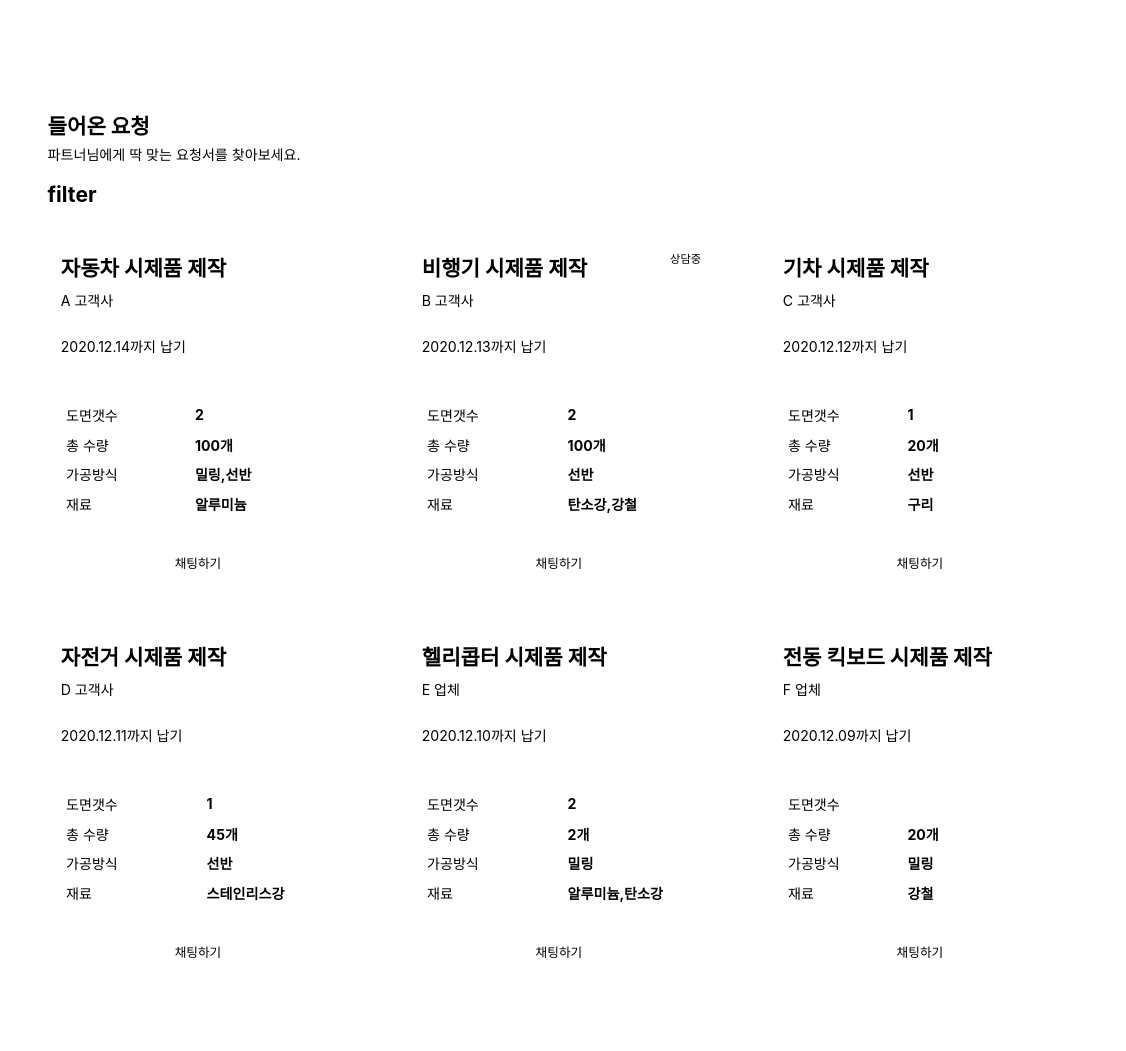
Repository: seoulsaram/capa
Page: /
An editor plug-in stored every save of this project. The page is shown before and after the next save, followed by the edit.
The browser window is 1280 px wide. The pictures show the whole page, at 88% of full size.
The project was rebuilt for these pictures with package versions that can differ from the ones it lists, and the page was loaded fresh each time. Requests to the local data server were answered from the project's data file. Also part of the build but not shown: src/App.css, src/components/filter/filter.module.css.

Above is the page before, as saved 2021-03-06 01:25:57.

### public/index.html
<!DOCTYPE html>
<html lang="en">
  <head>
    <meta charset="utf-8" />
    <link rel="icon" href="%PUBLIC_URL%/favicon.ico" />
    <meta name="viewport" content="width=device-width, initial-scale=1" />
    <meta name="theme-color" content="#000000" />
    <meta name="description" content="Web site created using create-react-app" />

    <title>React App</title>
  </head>
  <body>
    <noscript>You need to enable JavaScript to run this app.</noscript>
    <div id="root"></div>
  </body>
</html>

### src/index.js
import React from "react";
import ReactDOM from "react-dom";
import "./index.css";
import App from "./app";
import RequestInfo from "./service/request_info";

const requestInfo = new RequestInfo();

ReactDOM.render(
  <React.StrictMode>
    <App requestInfo={requestInfo} />
  </React.StrictMode>,
  document.getElementById("root")
);

### src/App.js
import "./app.css";
import Header from "./components/header/header";
import ItemContainer from "./components/item_container/item_container";
import RequestBox from "./components/request_box/request_box";

function App({ requestInfo }) {
  return (
    <div>
      <Header />
      <ItemContainer requestInfo={requestInfo} />
    </div>
  );
}

export default App;

### src/service/request_info.js
class RequestInfo {
  constructor() {
    this.getrequestOptions = {
      method: "GET",
    };
  }

  async getInfo() {
    const response = await fetch("http://localhost:3002/requests", this.getrequestOptions);
    const res = await response.json();
    return res;
  }
}

export default RequestInfo;

### src/components/header/header.js
import React, { memo } from "react";
import styles from "./header.module.css";

const Header = (props) => (
  <div className={styles.header}>
    <div className={styles.headerLeft}>
      <p>CAPA</p>
      <p>파트너스</p>
    </div>
    <div className={styles.headerRight}>
      <p>A가공업체</p>
      <div className={styles.line}></div>
      <p>로그아웃</p>
    </div>
  </div>
);

export default Header;

### src/components/item_container/item_container.js
import React, { useEffect, useState } from "react";
import Filter from "../filter/filter";
import RequestBox from "../request_box/request_box";
import styles from "./item_container.module.css";

const ItemContainer = ({ requestInfo }) => {
  const [reqInfo, setReqInfo] = useState([]);

  useEffect(() => {
    requestInfo.getInfo().then((info) => setReqInfo(info));
  }, [requestInfo]);

  return (
    <section className={styles.section}>
      <h2 className={styles.title}>들어온 요청</h2>
      <p className={styles.desc}>파트너님에게 딱 맞는 요청서를 찾아보세요.</p>
      <Filter reqInfo={reqInfo} />
      <RequestBox reqInfo={reqInfo} />
    </section>
  );
};

export default ItemContainer;

### src/components/request_box/request_box.jsx
import React from "react";
import styles from "./request_box.module.css";

const RequestBox = ({ reqInfo }) => {
  return (
    <ul className={styles.cards}>
      {reqInfo.map((info) => (
        <div key={info.id} className={styles.card}>
          <div className={styles.top}>
            <div className={styles.titleContainer}>
              <h2>{info.title}</h2>
              {info.status === "상담중" && <div className={styles.status}>{info.status}</div>}
            </div>
            <p className={styles.client}>{info.client}</p>
            <p className={styles.due}>{info.due}까지 납기</p>
          </div>
          <div className={styles.line}></div>
          {/* 테이블 로만들기 */}
          <table className={styles.bottom}>
            <tbody className={styles.order}>
              <tr>
                <td className={styles.orderTitle}>도면갯수</td>
                <td className={styles.orderBold}>{info.count}</td>
              </tr>
              <tr>
                <td className={styles.orderTitle}>총 수량</td>
                <td className={styles.orderBold}>{info.amount}개</td>
              </tr>
              <tr>
                <td className={styles.orderTitle}>가공방식</td>
                <td className={styles.orderBold}>{info.method.join(",")}</td>
              </tr>
              <tr>
                <td className={styles.orderTitle}>재료</td>
                <td className={styles.orderBold}>{info.material.join(",")}</td>
              </tr>
            </tbody>
          </table>
          <div className={styles.btnContainer}>
            <button className={styles.reqBtn}>요청 내역 보기</button>
            <button className={styles.chatBtn}>채팅하기</button>
          </div>
        </div>
      ))}
    </ul>
  );
};

export default RequestBox;

// {
//     "id": 1,
//     "title": "자동차 시제품 제작",
//     "client": "A 고객사",
//     "due": "2020.12.14",
//     "count": 2,
//     "amount": 100,
//     "method": ["밀링", "선반"],
//     "material": ["알루미늄"],
//     "status": "대기중"
//   },

### src/components/header/header.module.css
@value MakeBlue from '../../common/color.css';

.header {
  display: flex;
  justify-content: space-between;
  padding: 5px 20px;
  background-color: MakeBlue;
  color: white;
}

.headerLeft {
  display: flex;
  align-items: center;
}

.headerRight {
  display: flex;
  align-items: center;
}

.line {
  width: 2px;
  height: 50%;
  background-color: white;
  margin: 0px 14px;
}

### src/components/filter/filter.js
import React from "react";
import styles from "./filter.module.css";

const Filter = ({ requestInfo }) => <h1>filter</h1>;

export default Filter;

### src/components/item_container/item_container.module.css
@value MakeBlue,MakeBlack,MakeLightBlue,MakeGrey,MakeLightGrey,MakeYellow from '../../common/color.css';
.section {
  padding: 54px;
  color: MakeBlack;
}

.title,
.desc {
  margin: 4px 0px;
}

### src/components/request_box/request_box.module.css
@value MakeBlue,MakeBlack,MakeLightBlue,MakeGrey,MakeLightGrey,MakeYellow from '../../common/color.css';

* {
  box-sizing: border-box;
}
.cards {
  display: flex;
  justify-content: space-between;
  flex-wrap: wrap;
}

ul {
  margin: 0;
  padding: 0;
}

.card {
  width: 30%;
  border: 1px solid MakeLightGrey;
  border-radius: 3px;
  padding: 10px 15px;
  margin-bottom: 15px;
}

.card:hover {
  border: 1px solid MakeLightBlue;
}

.titleContainer {
  display: flex;
  align-items: center;
  justify-content: space-between;
}

.titleContainer > h2 {
  margin-bottom: 0px;
}

.client {
  margin: 8px 0px;
}
.due {
  color: MakeGrey;
  margin-top: 28px;
}

.status {
  border: 1px solid MakeYellow;
  border-radius: 45px;
  padding: 4px;
  font-size: 0.8rem;
  color: MakeYellow;
}

.line {
  width: 98%;
  height: 2px;
  margin: auto;
  background-color: MakeLightGrey;
}
.bottom {
  margin-top: 30px;
  margin-bottom: 15px;
}

td {
  width: 25%;
  padding: 4px;
}

.orderBold {
  font-weight: 700;
}

.reqBtn,
.chatBtn {
  margin: 15px 4px;
  padding: 8px 10px;
  background-color: transparent;
  border: none;
  border-radius: 0.2rem;
  outline: none;
  font-size: 0.9rem;
  cursor: pointer;
}

.reqBtn {
  color: white;
  background-color: MakeLightBlue;
}

.chatBtn {
  border: 1px solid MakeLightBlue;
  color: MakeLightBlue;
}

### db.json
{
  "requests": [
    {
      "id": 1,
      "title": "자동차 시제품 제작",
      "client": "A 고객사",
      "due": "2020.12.14",
      "count": 2,
      "amount": 100,
      "method": ["밀링", "선반"],
      "material": ["알루미늄"],
      "status": "대기중"
    },
    {
      "id": 2,
      "title": "비행기 시제품 제작",
      "client": "B 고객사",
      "due": "2020.12.13",
      "count": 2,
      "amount": 100,
      "method": ["선반"],
      "material": ["탄소강", "강철"],
      "status": "상담중"
    },
    {
      "id": 3,
      "title": "기차 시제품 제작",
      "client": "C 고객사",
      "due": "2020.12.12",
      "count": 1,
      "amount": 20,
      "method": ["선반"],
      "material": ["구리"],
      "status": "대기중"
    },
    {
      "id": 4,
      "title": "자전거 시제품 제작",
      "client": "D 고객사",
      "due": "2020.12.11",
      "count": 1,
      "amount": 45,
      "method": ["선반"],
      "material": ["스테인리스강"],
      "status": "대기중"
    },
    {
      "id": 5,
      "title": "헬리콥터 시제품 제작",
      "client": "E 업체",
      "due": "2020.12.10",
      "count": 2,
      "amount": 2,
      "method": ["밀링"],
      "material": ["알루미늄", "탄소강"],
      "status": "대기중"
    },
    {
      "id": 6,
      "title": "전동 킥보드 시제품 제작",
      "client": "F 업체",
      "due": "2020.12.09",
      "docs": 1,
      "amount": 20,
      "method": ["밀링"],
      "material": ["강철"],
      "status": "대기중"
    }
  ]
}

Loaded but not shown: src/index.css (common file)

After the next save:
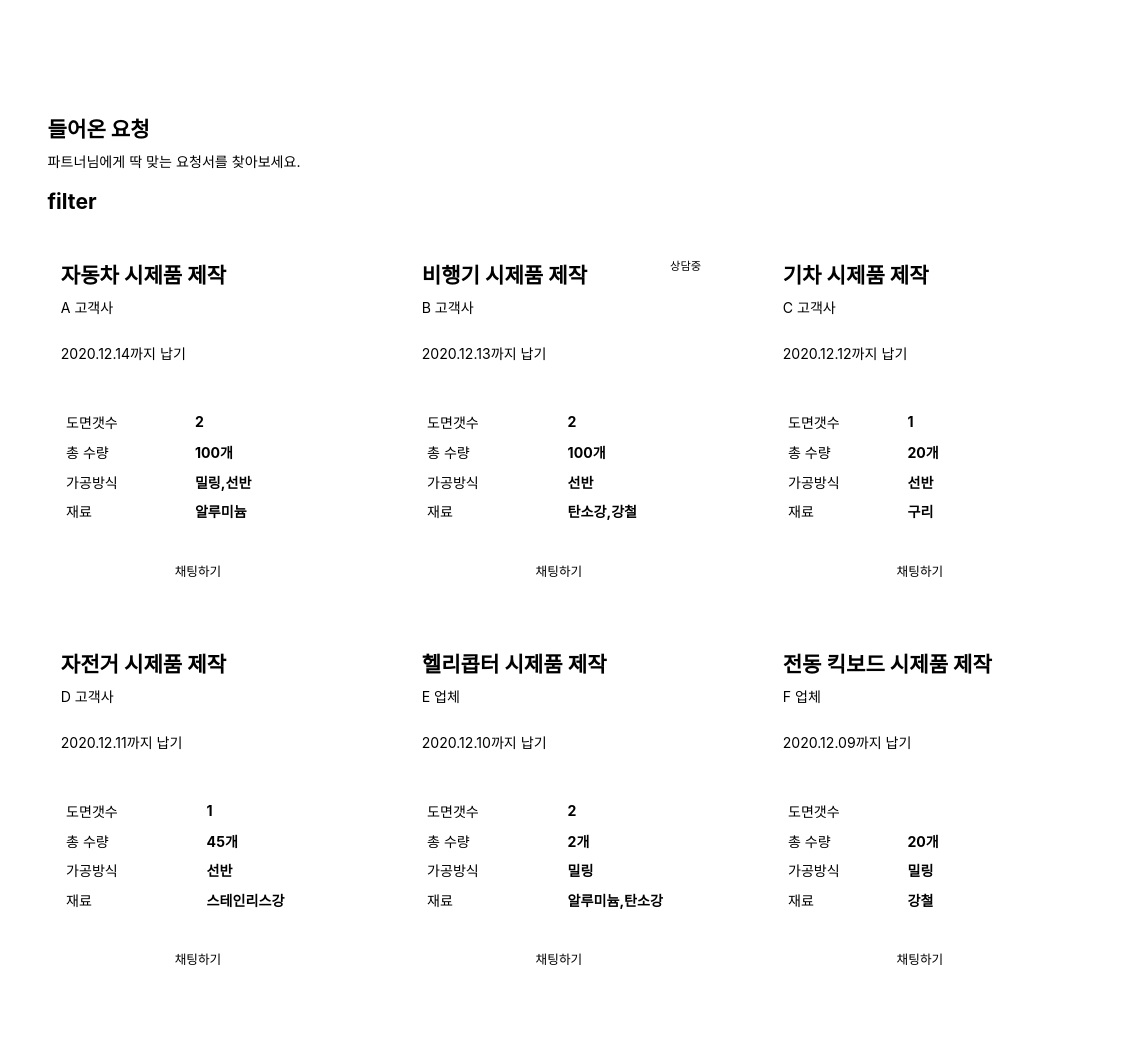
Saved 5 s later.
--- a/src/components/item_container/item_container.module.css
+++ b/src/components/item_container/item_container.module.css
@@ -6,5 +6,5 @@
 
 .title,
 .desc {
-  margin: 4px 0px;
+  margin: 8px 0px;
 }
